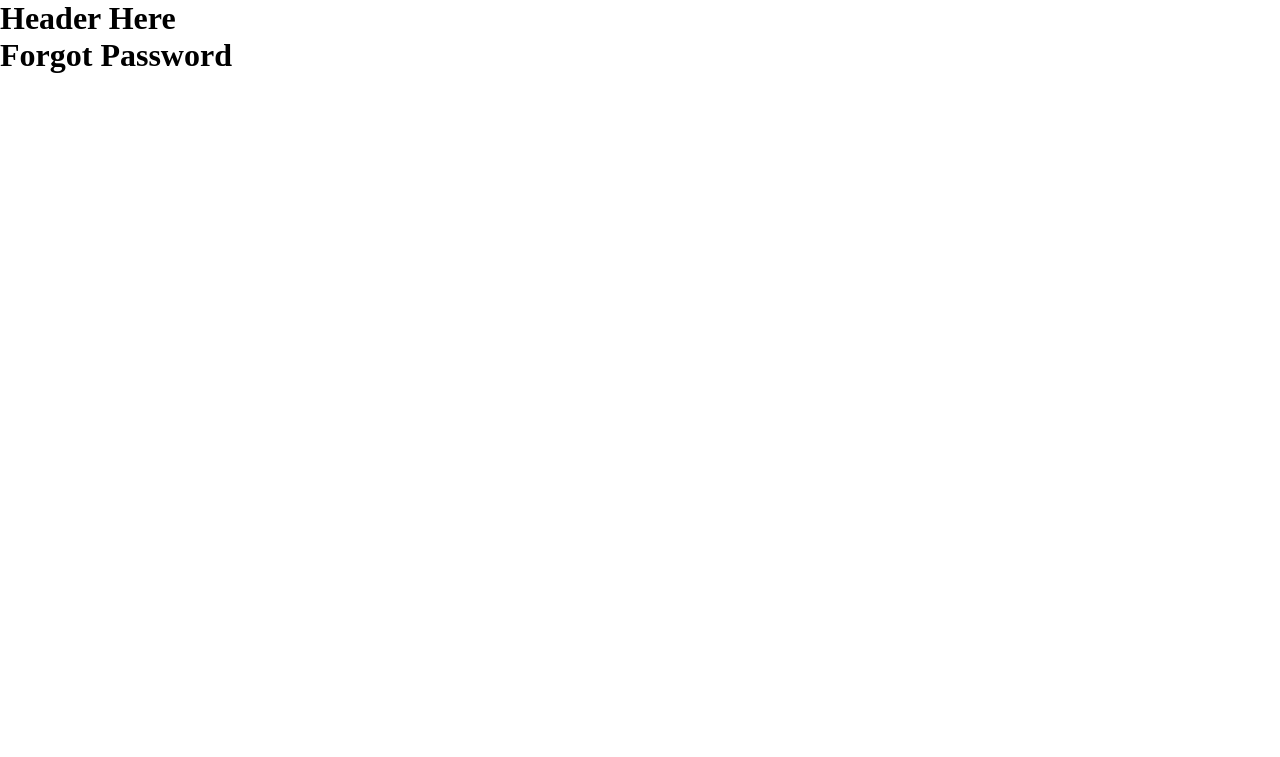
Repository: abhinit2050/facebook-clone
Page: /login/forgot
These files come from the project's save history. The page is drawn as it stood at one moment and after the next save; the edit follows.
The browser window is 1280 px wide. The pictures show the whole page.
The project was rebuilt for these pictures with package versions that can differ from the ones it lists, and the page was loaded fresh each time. The framework's server and built-in components were replaced by stand-ins that run in the browser. Also part of the build but not shown: next.config.js.

Above is the page before, as saved 2023-03-09 17:05:47.

After the next save:
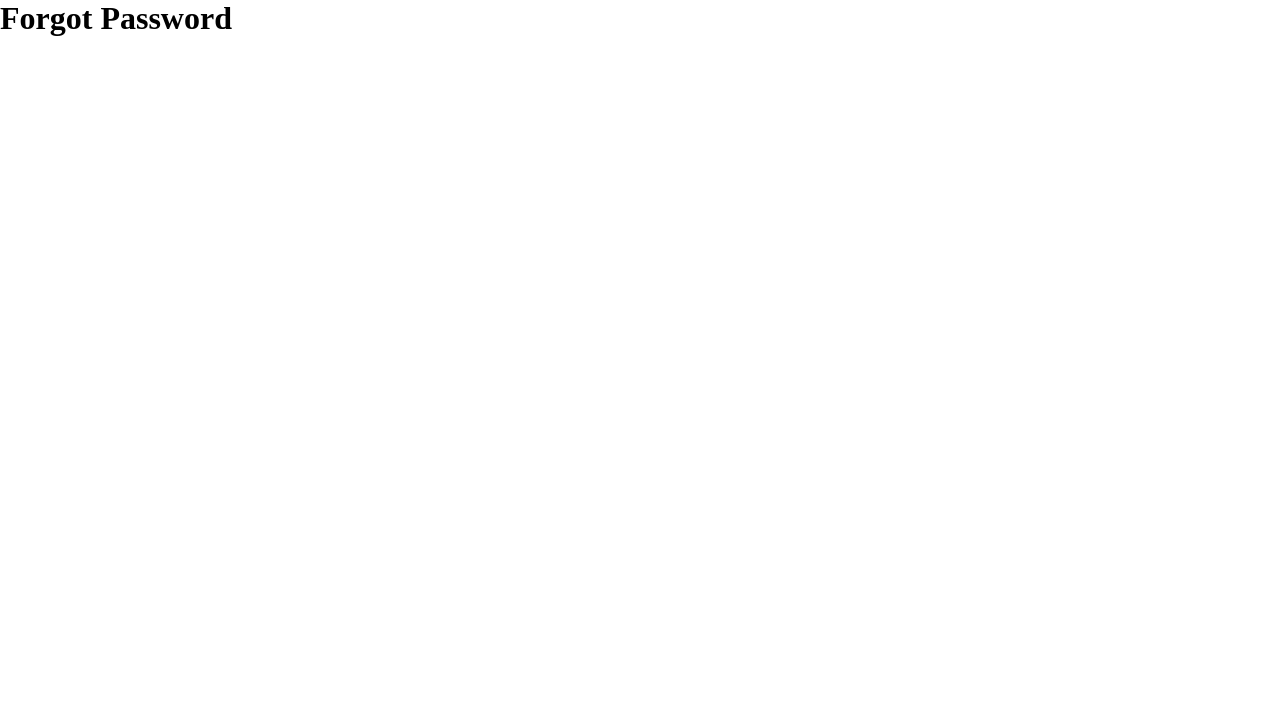
Saved 82 s later.
--- a/app/login/forgot/layout.tsx
+++ b/app/login/forgot/layout.tsx
@@ -12,7 +12,6 @@
   }) {
     return (
       <html lang="en">
-        <ForgotHeader />
         <body>{children}</body>
       </html>
     )

After the 2 saves that followed:
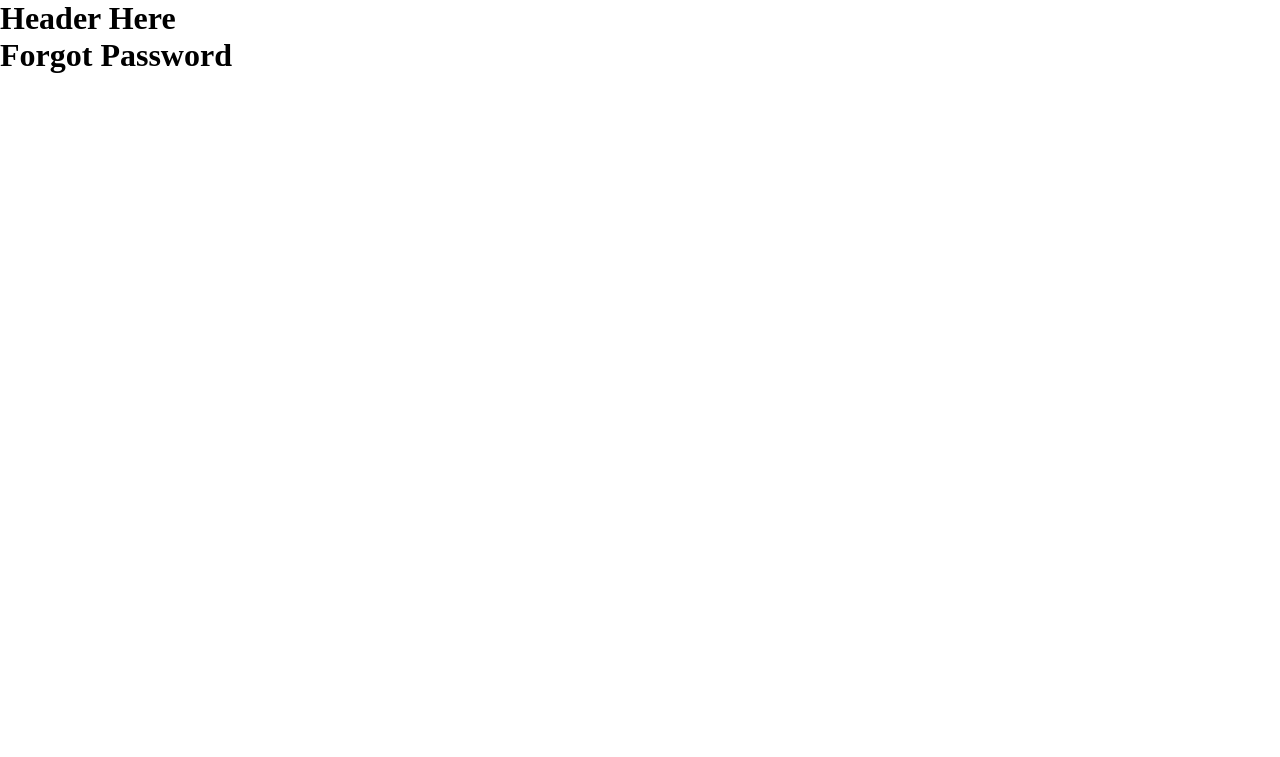
The 2 saves are shown as one change because 1 left the picture as it was.
The last was saved 38 s later.
--- a/app/login/forgot/layout.tsx
+++ b/app/login/forgot/layout.tsx
@@ -12,6 +12,7 @@
   }) {
     return (
       <html lang="en">
+        <ForgotHeader />
         <body>{children}</body>
       </html>
     )
--- a/app/login/forgot/components/Header/Header.tsx
+++ b/app/login/forgot/components/Header/Header.tsx
@@ -3,7 +3,7 @@
 export default function ForgotHeader() {
   return (
     <>
-     <header className=" forgotHeader">
+     <header className="forgotHeader">
         <h1>Header Here</h1>
     </header>
     </>
